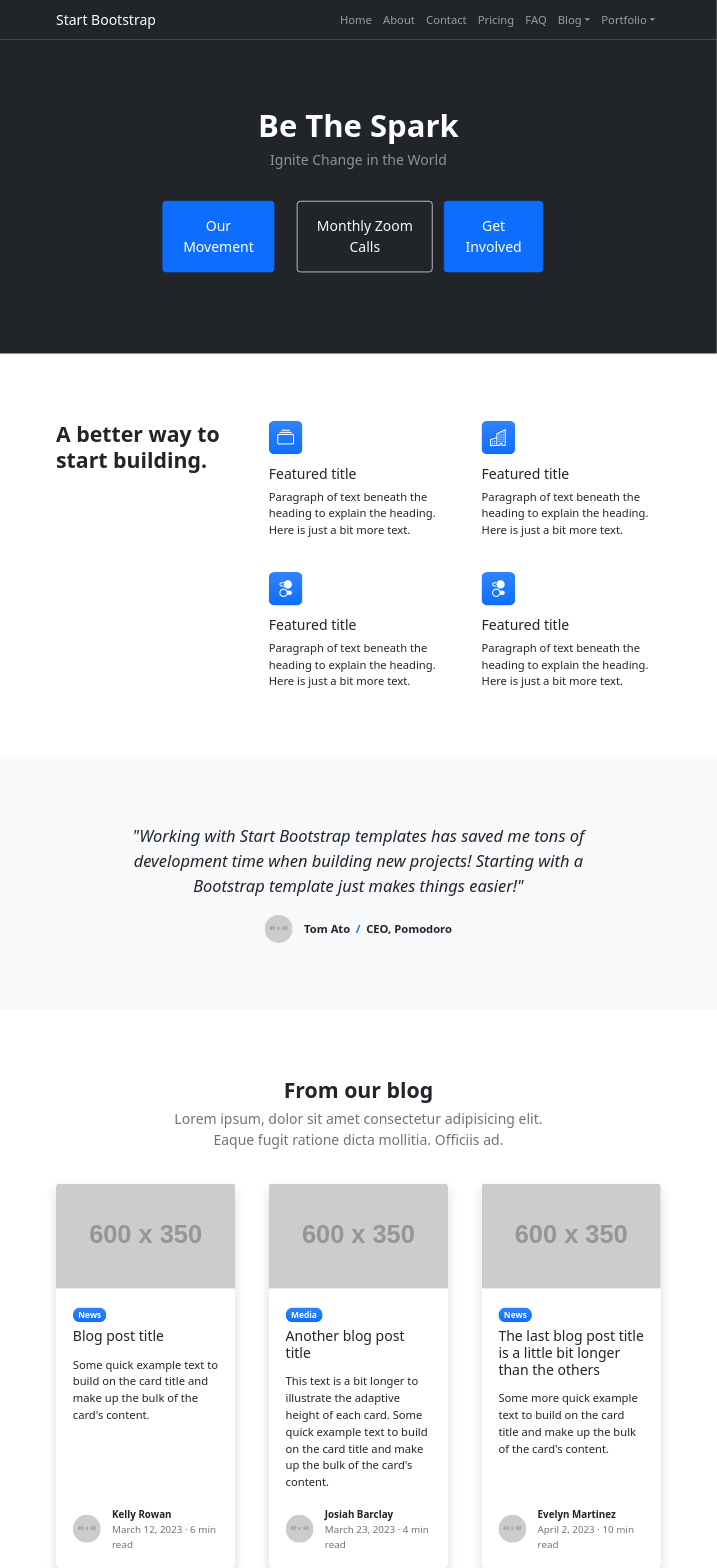
Repository: DragonFruit8/BeTheSpark
Page: index.html
An editor plug-in stored every save of this project. The page is shown before and after a run of saves, followed by the edit.
The browser window is 1024 px wide. The pictures show the part of the page from y = 0 to 2240 px (the page is 2755 px tall before and 2953 px after), at 70% of full size.

Above is the page before, as saved 2024-01-05 08:25:50.

### index.html
<!DOCTYPE html>
<html lang="en">
    <head>
        <meta charset="utf-8" />
        <meta name="viewport" content="width=device-width, initial-scale=1, shrink-to-fit=no" />
        <meta name="description" content="" />
        <meta name="author" content="" />
        <title>Modern Business - Start Bootstrap Template</title>
        <!-- Favicon-->
        <link rel="icon" type="image/x-icon" href="assets/favicon.ico" />
        <!-- Bootstrap icons-->
        <link href="https://cdn.jsdelivr.net/npm/bootstrap-icons@1.5.0/font/bootstrap-icons.css" rel="stylesheet" />
        <!-- Core theme CSS (includes Bootstrap)-->
        <link href="css/styles.css" rel="stylesheet" />
        <link href="css/home.css" rel="stylesheet" />
    </head>
    <body class="d-flex flex-column h-100">
        <main class="flex-shrink-0">
            <!-- Navigation-->
            <nav class="navbar navbar-expand-lg navbar-dark bg-dark">
                <div class="container px-5">
                    <a class="navbar-brand" href="index.html">Start Bootstrap</a>
                    <button class="navbar-toggler" type="button" data-bs-toggle="collapse" data-bs-target="#navbarSupportedContent" aria-controls="navbarSupportedContent" aria-expanded="false" aria-label="Toggle navigation"><span class="navbar-toggler-icon"></span></button>
                    <div class="collapse navbar-collapse" id="navbarSupportedContent">
                        <ul class="navbar-nav ms-auto mb-2 mb-lg-0">
                            <li class="nav-item"><a class="nav-link" href="index.html">Home</a></li>
                            <li class="nav-item"><a class="nav-link" href="about.html">About</a></li>
                            <li class="nav-item"><a class="nav-link" href="contact.html">Contact</a></li>
                            <li class="nav-item"><a class="nav-link" href="pricing.html">Pricing</a></li>
                            <li class="nav-item"><a class="nav-link" href="faq.html">FAQ</a></li>
                            <li class="nav-item dropdown">
                                <a class="nav-link dropdown-toggle" id="navbarDropdownBlog" href="#" role="button" data-bs-toggle="dropdown" aria-expanded="false">Blog</a>
                                <ul class="dropdown-menu dropdown-menu-end" aria-labelledby="navbarDropdownBlog">
                                    <li><a class="dropdown-item" href="blog-home.html">Blog Home</a></li>
                                    <li><a class="dropdown-item" href="blog-post.html">Blog Post</a></li>
                                </ul>
                            </li>
                            <li class="nav-item dropdown">
                                <a class="nav-link dropdown-toggle" id="navbarDropdownPortfolio" href="#" role="button" data-bs-toggle="dropdown" aria-expanded="false">Portfolio</a>
                                <ul class="dropdown-menu dropdown-menu-end" aria-labelledby="navbarDropdownPortfolio">
                                    <li><a class="dropdown-item" href="portfolio-overview.html">Portfolio Overview</a></li>
                                    <li><a class="dropdown-item" href="portfolio-item.html">Portfolio Item</a></li>
                                </ul>
                            </li>
                        </ul>
                    </div>
                </div>
            </nav>
            <!-- Header-->
            <header class="bg-dark py-5">
                <div class="container px-5">
                    <div class="row gx-5 align-items-center justify-content-center">
                        <div class="col-lg-8 col-xl-7 col-xxl-6">
                            <div class="my-5 text-center text-xl-start">
                                <h1 class="display-5 fw-bolder text-white mb-2">Be The Spark</h1>
                                <p class="lead fw-normal text-white-50 mb-4">Ignite Change in the World</p>
                                <div id="CTA" class="d-grid gap-3 d-sm-flex justify-content-sm-center justify-content-xl-start">
                                    <a class="btn btn-primary btn-lg px-4 me-sm-3" href="#features">Our Movement</a>
                                    <a class="btn btn-outline-light btn-lg px-4" href="#!">Monthly Zoom Calls</a>
                                    <a class="btn btn-primary btn-lg px-4 me-sm-3" href="#features">Get Involved </a>
                                </div>
                            </div>
                        </div>
                        <div class="col-xl-5 col-xxl-6 d-none d-xl-block text-center"><img class="img-fluid rounded-3 my-5" src="https://dummyimage.com/600x400/343a40/6c757d" alt="..." /></div>
                    </div>
                </div>
            </header>
            <!-- Features section-->
            <section class="py-5" id="features">
                <div class="container px-5 my-5">
                    <div class="row gx-5">
                        <div class="col-lg-4 mb-5 mb-lg-0"><h2 class="fw-bolder mb-0">A better way to start building.</h2></div>
                        <div class="col-lg-8">
                            <div class="row gx-5 row-cols-1 row-cols-md-2">
                                <div class="col mb-5 h-100">
                                    <div class="feature bg-primary bg-gradient text-white rounded-3 mb-3"><i class="bi bi-collection"></i></div>
                                    <h2 class="h5">Featured title</h2>
                                    <p class="mb-0">Paragraph of text beneath the heading to explain the heading. Here is just a bit more text.</p>
                                </div>
                                <div class="col mb-5 h-100">
                                    <div class="feature bg-primary bg-gradient text-white rounded-3 mb-3"><i class="bi bi-building"></i></div>
                                    <h2 class="h5">Featured title</h2>
                                    <p class="mb-0">Paragraph of text beneath the heading to explain the heading. Here is just a bit more text.</p>
                                </div>
                                <div class="col mb-5 mb-md-0 h-100">
                                    <div class="feature bg-primary bg-gradient text-white rounded-3 mb-3"><i class="bi bi-toggles2"></i></div>
                                    <h2 class="h5">Featured title</h2>
                                    <p class="mb-0">Paragraph of text beneath the heading to explain the heading. Here is just a bit more text.</p>
                                </div>
                                <div class="col h-100">
                                    <div class="feature bg-primary bg-gradient text-white rounded-3 mb-3"><i class="bi bi-toggles2"></i></div>
                                    <h2 class="h5">Featured title</h2>
                                    <p class="mb-0">Paragraph of text beneath the heading to explain the heading. Here is just a bit more text.</p>
                                </div>
                            </div>
                        </div>
                    </div>
                </div>
            </section>
            <!-- Testimonial section-->
            <div class="py-5 bg-light">
                <div class="container px-5 my-5">
                    <div class="row gx-5 justify-content-center">
                        <div class="col-lg-10 col-xl-7">
                            <div class="text-center">
                                <div class="fs-4 mb-4 fst-italic">"Working with Start Bootstrap templates has saved me tons of development time when building new projects! Starting with a Bootstrap template just makes things easier!"</div>
                                <div class="d-flex align-items-center justify-content-center">
                                    <img class="rounded-circle me-3" src="https://dummyimage.com/40x40/ced4da/6c757d" alt="..." />
                                    <div class="fw-bold">
                                        Tom Ato
                                        <span class="fw-bold text-primary mx-1">/</span>
                                        CEO, Pomodoro
                                    </div>
                                </div>
                            </div>
                        </div>
                    </div>
                </div>
            </div>
            <!-- Blog preview section-->
            <section class="py-5">
                <div class="container px-5 my-5">
                    <div class="row gx-5 justify-content-center">
                        <div class="col-lg-8 col-xl-6">
                            <div class="text-center">
                                <h2 class="fw-bolder">From our blog</h2>
                                <p class="lead fw-normal text-muted mb-5">Lorem ipsum, dolor sit amet consectetur adipisicing elit. Eaque fugit ratione dicta mollitia. Officiis ad.</p>
                            </div>
                        </div>
                    </div>
                    <div class="row gx-5">
                        <div class="col-lg-4 mb-5">
                            <div class="card h-100 shadow border-0">
                                <img class="card-img-top" src="https://dummyimage.com/600x350/ced4da/6c757d" alt="..." />
                                <div class="card-body p-4">
                                    <div class="badge bg-primary bg-gradient rounded-pill mb-2">News</div>
                                    <a class="text-decoration-none link-dark stretched-link" href="#!"><h5 class="card-title mb-3">Blog post title</h5></a>
                                    <p class="card-text mb-0">Some quick example text to build on the card title and make up the bulk of the card's content.</p>
                                </div>
                                <div class="card-footer p-4 pt-0 bg-transparent border-top-0">
                                    <div class="d-flex align-items-end justify-content-between">
                                        <div class="d-flex align-items-center">
                                            <img class="rounded-circle me-3" src="https://dummyimage.com/40x40/ced4da/6c757d" alt="..." />
                                            <div class="small">
                                                <div class="fw-bold">Kelly Rowan</div>
                                                <div class="text-muted">March 12, 2023 &middot; 6 min read</div>
                                            </div>
                                        </div>
                                    </div>
                                </div>
                            </div>
                        </div>
                        <div class="col-lg-4 mb-5">
                            <div class="card h-100 shadow border-0">
                                <img class="card-img-top" src="https://dummyimage.com/600x350/adb5bd/495057" alt="..." />
                                <div class="card-body p-4">
                                    <div class="badge bg-primary bg-gradient rounded-pill mb-2">Media</div>
                                    <a class="text-decoration-none link-dark stretched-link" href="#!"><h5 class="card-title mb-3">Another blog post title</h5></a>
                                    <p class="card-text mb-0">This text is a bit longer to illustrate the adaptive height of each card. Some quick example text to build on the card title and make up the bulk of the card's content.</p>
                                </div>
                                <div class="card-footer p-4 pt-0 bg-transparent border-top-0">
                                    <div class="d-flex align-items-end justify-content-between">
                                        <div class="d-flex align-items-center">
                                            <img class="rounded-circle me-3" src="https://dummyimage.com/40x40/ced4da/6c757d" alt="..." />
                                            <div class="small">
                                                <div class="fw-bold">Josiah Barclay</div>
                                                <div class="text-muted">March 23, 2023 &middot; 4 min read</div>
                                            </div>
                                        </div>
                                    </div>
                                </div>
                            </div>
                        </div>
                        <div class="col-lg-4 mb-5">
                            <div class="card h-100 shadow border-0">
                                <img class="card-img-top" src="https://dummyimage.com/600x350/6c757d/343a40" alt="..." />
                                <div class="card-body p-4">
                                    <div class="badge bg-primary bg-gradient rounded-pill mb-2">News</div>
                                    <a class="text-decoration-none link-dark stretched-link" href="#!"><h5 class="card-title mb-3">The last blog post title is a little bit longer than the others</h5></a>
                                    <p class="card-text mb-0">Some more quick example text to build on the card title and make up the bulk of the card's content.</p>
                                </div>
                                <div class="card-footer p-4 pt-0 bg-transparent border-top-0">
                                    <div class="d-flex align-items-end justify-content-between">
                                        <div class="d-flex align-items-center">
                                            <img class="rounded-circle me-3" src="https://dummyimage.com/40x40/ced4da/6c757d" alt="..." />
                                            <div class="small">
                                                <div class="fw-bold">Evelyn Martinez</div>
                                                <div class="text-muted">April 2, 2023 &middot; 10 min read</div>
                                            </div>
                                        </div>
                                    </div>
                                </div>
                            </div>
                        </div>
                    </div>
                    <!-- Call to action-->
                    <aside class="bg-primary bg-gradient rounded-3 p-4 p-sm-5 mt-5">
                        <div class="d-flex align-items-center justify-content-between flex-column flex-xl-row text-center text-xl-start">
                            <div class="mb-4 mb-xl-0">
                                <div class="fs-3 fw-bold text-white">New products, delivered to you.</div>
                                <div class="text-white-50">Sign up for our newsletter for the latest updates.</div>
                            </div>
                            <div class="ms-xl-4">
                                <div class="input-group mb-2">
                                    <input class="form-control" type="text" placeholder="Email address..." aria-label="Email address..." aria-describedby="button-newsletter" />
                                    <button class="btn btn-outline-light" id="button-newsletter" type="button">Sign up</button>
                                </div>
                                <div class="small text-white-50">We care about privacy, and will never share your data.</div>
                            </div>
                        </div>
                    </aside>
                </div>
            </section>
        </main>
        <!-- Footer-->
        <footer class="bg-dark py-4 mt-auto">
            <div class="container px-5">
                <div class="row align-items-center justify-content-between flex-column flex-sm-row">
                    <div class="col-auto"><div class="small m-0 text-white">Copyright &copy; Your Website 2023</div></div>
                    <div class="col-auto">
                        <a class="link-light small" href="#!">Privacy</a>
                        <span class="text-white mx-1">&middot;</span>
                        <a class="link-light small" href="#!">Terms</a>
                        <span class="text-white mx-1">&middot;</span>
                        <a class="link-light small" href="#!">Contact</a>
                    </div>
                </div>
            </div>
        </footer>
        <!-- Bootstrap core JS-->
        <script src="https://cdn.jsdelivr.net/npm/bootstrap@5.2.3/dist/js/bootstrap.bundle.min.js"></script>
        <!-- Core theme JS-->
        <script src="js/scripts.js"></script>
    </body>
</html>

### css/home.css
#CTA a{
    display: flex;
    min-height:300px;
    min-width: 300px;
    padding: 20px;
    margin-top: 20px;
    margin-bottom: 20px;
    border-radius: 5px;
}

@media (max-width: 1080px) {
    #CTA > a{
        display: flex;
        flex-direction: row;
        min-height:100px !important;
        min-width: 100px !important;
        padding: 20px;
        border-radius: 5px;
    }

}

@media (min-width: 1080px) {
    #CTA a{
        display: inline-flex;
        flex-direction: row;
        min-height:100px;
        min-width: 200px;
        margin-top: 20px;
        margin-bottom: 20px;
        border-radius: 5px;
    }
}

Loaded but not shown: css/styles.css (library); js/scripts.js (common file)

After the next 2 saves:
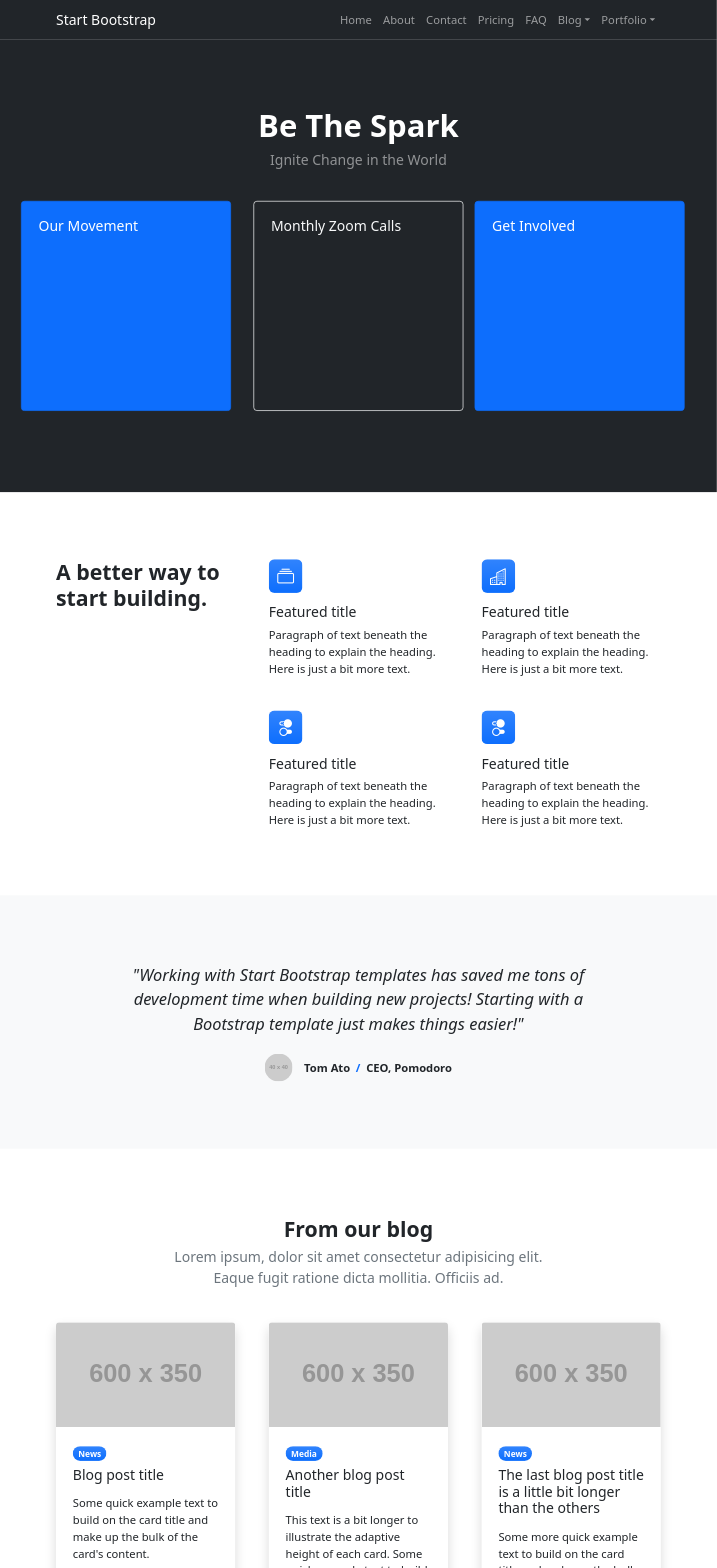
The 2 saves are shown as one change because they came seconds apart.
The last was saved 12 s later.
--- a/css/home.css
+++ b/css/home.css
@@ -8,9 +8,9 @@
     border-radius: 5px;
 }
 
-@media (max-width: 1080px) {
+@media (mn-width: 1080px) {
     #CTA > a{
-        display: flex;
+        display: inline-flex;
         flex-direction: row;
         min-height:100px !important;
         min-width: 100px !important;
